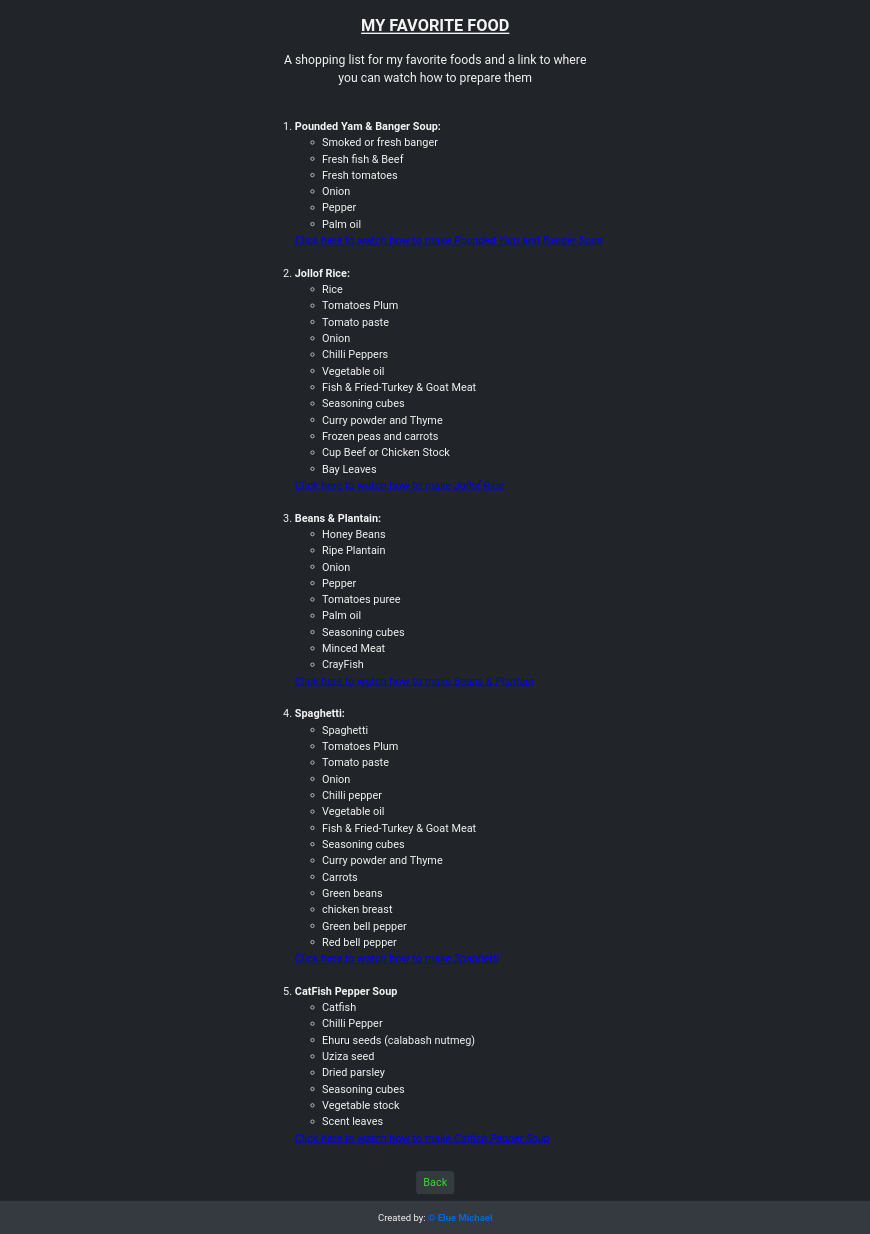
Repository: MikkyPrestige/html-website
Page: pages/food.html
An editor plug-in stored every save of this project. The page is shown before and after the next save, followed by the edit.
The browser window is 1280 px wide. The pictures show the whole page, at 68% of full size.

Above is the page before, as saved 2023-04-29 14:33:02.

### pages/food.html
<!DOCTYPE html>
<html lang="en">

<head>
  <meta charset="UTF-8">
  <meta http-equiv="X-UA-Compatible" content="IE=edge">
  <meta name="viewport" content="width=device-width, initial-scale=1.0">
  <title>Food</title>
  <link rel="stylesheet" href="../index.css">
</head>

<body>
  <main class="main">
    <section class="section">
      <div class="fav">
        <h1 class="fav-heading"><u>My favorite food</u></h1>
        <p class="fav-subheading">A shopping list for my favorite foods and a link to where you can watch how to prepare them</p>
      </div>
      <ol>
        <li><strong>Pounded Yam & Banger Soup:</strong>
          <ul>
            <li>Smoked or fresh banger</li>
            <li>Fresh fish & Beef</li>
            <li>Fresh tomatoes</li>
            <li>Onion</li>
            <li>Pepper</li>
            <li>Palm oil</li>
          </ul>
          <a href="https://www.youtube.com/watch?v=iiAYMcQz1eA" target="_blank">Click here to watch how to make
            <em>Pounded
              Yam</em>
            and <em>Banger Soup</em></a>
        </li>
        <div>&nbsp;</div>
        <li><strong>Jollof Rice:</strong>
          <ul>
            <li>Rice</li>
            <li>Tomatoes Plum</li>
            <li>Tomato paste</li>
            <li>Onion</li>
            <li>Chilli Peppers</li>
            <li>Vegetable oil</li>
            <li>Fish & Fried-Turkey & Goat Meat</li>
            <li>Seasoning cubes</li>
            <li>Curry powder and Thyme</li>
            <li>Frozen peas and carrots</li>
            <li>Cup Beef or Chicken Stock</li>
            <li>Bay Leaves</li>
          </ul>
          <a href="https://www.youtube.com/watch?v=z4tNAyRdo70" target="_blank">Click here to watch how to make
            <em>Jollof
              Rice</em></a>
        </li>
        <div>&nbsp;</div>
        <li><strong>Beans & Plantain:</strong>
          <ul>
            <li>Honey Beans</li>
            <li>Ripe Plantain</li>
            <li>Onion</li>
            <li>Pepper</li>
            <li>Tomatoes puree</li>
            <li>Palm oil</li>
            <li>Seasoning cubes</li>
            <li>Minced Meat</li>
            <li>CrayFish</li>
          </ul>
          <a href="https://www.youtube.com/watch?v=27Ioybrq1TY" target="_blank">Click here to watch how to make
            <em>Beans</em> & <em>Plantain</em></a>
        </li>
        <div>&nbsp;</div>
        <li><strong>Spaghetti:</strong>
          <ul>
            <li>Spaghetti</li>
            <li>Tomatoes Plum</li>
            <li>Tomato paste</li>
            <li>Onion</li>
            <li>Chilli pepper</li>
            <li>Vegetable oil</li>
            <li>Fish & Fried-Turkey & Goat Meat</li>
            <li>Seasoning cubes</li>
            <li>Curry powder and Thyme</li>
            <li>Carrots</li>
            <li>Green beans</li>
            <li>chicken breast</li>
            <li>Green bell pepper</li>
            <li>Red bell pepper</li>
          </ul>
          <a href="https://www.youtube.com/watch?v=PoNZSSqjRvo" target="_blank">Click here to watch how to make
            <em>Spaghetti</em></a>
        </li>
        <div>&nbsp;</div>
        <li><strong>CatFish Pepper Soup</strong>
          <ul>
            <li>Catfish</li>
            <li>Chilli Pepper</li>
            <li>Ehuru seeds (calabash nutmeg)</li>
            <li>Uziza seed</li>
            <li>Dried parsley</li>
            <li>Seasoning cubes</li>
            <li>Vegetable stock</li>
            <li>Scent leaves</li>
          </ul>
          <a href="https://www.youtube.com/watch?v=PV-L4kaWrAI" target="_blank">Click here to watch how to make
            <em>Catfish
              Pepper Soup</em></a>
        </li>
      </ol>
      <div class="back">
        <a href="../index.html" class="back-link">Back</a>
      </div>
    </section>
    <footer class="footer">
      <p class="footer-text">Created by: <a href="#" target="_blank" class="footer-link">
          &copy; <strong>Elue Michael</strong>
        </a>
      </p>
    </footer>
  </main>
</body>

</html>

### index.css
body {
  background-color: #212529;
  font-family: 'Roboto', sans-serif;
  font-size: 16px;
  font-weight: 400;
  line-height: 1.5;
  color: #f3f3f3;
  text-align: left;
  margin: 0;
  padding: 0;
  width: 100%;
  height: 100vh;
}

.main {
  display: flex;
  flex-direction: column;
  justify-content: space-between;
  align-items: center;
  height: 100%;
}

.section {
  display: flex;
  flex-direction: column;
  justify-content: center;
  align-items: center;
  width: 100%;
}

.btn {
  background-color: #007bff;
  padding: 5px;
  border-radius: 5px;
  transition: all .15s ease-in-out;
  border: none;
  outline: none;
  margin: -20px 0 50px 0;
}

.btn:hover {
  background-color: #0069d9;
}

.btn-link {
  color: #f3f3f3;
  font-size: 14px;
  text-decoration: none;
  cursor: pointer;
}

.section1 {
  display: flex;
  flex-direction: column;
  justify-content: center;
  align-items: center;
}

.section1-header {
  font-size: 24px;
  font-weight: 700;
  margin-bottom: 5px;
  text-transform: uppercase;
}

.section1-content {
  display: flex;
  justify-content: space-around;
  align-items: center;
  width: 100%;
}

.section1-text {
  font-size: 18px;
  font-weight: 400;
}

.section1-link,
.section1-link:link,
.section1-link:visited {
  color: #0069d9;
  text-decoration: none;
  cursor: pointer;
}

.section1-link:hover {
  text-decoration: underline;
  color: #f3f3f3;
}

/* BOOKS CSS */
.fav {
  display: flex;
  flex-direction: column;
  justify-content: center;
  align-items: center;
}

.fav-heading {
  font-size: 24px;
  font-weight: 700;
  margin-bottom: 0px;
  text-transform: uppercase;
}

.fav-subheading {
  font-size: 18px;
  font-weight: 400;
  margin-bottom: 30px;
  width: 65%;
  text-align: center;
}

.books-lists {
  display: flex;
  flex-direction: column;
  justify-content: center;
  align-items: center;
  gap: 20px;
  list-style: none;
}

.books-item {
  width: 100%;
  max-width: 500px;
  padding: 13px;
  border-radius: 5px;
  background-color: #343a40;
}

.books-item:hover {
  background-color: #212529;
}

.books-link,
.books-link:link,
.books-link:visited {
  color: #f3f3f3;
  text-decoration: none;
  cursor: pointer;
}

.books-link:hover {
  text-decoration: underline;
}

.lists {
  display: flex;
  flex-direction: column;
  justify-content: center;
  gap: 20px;
  list-style: none;
}

.movie-list {
  display: flex;
  justify-content: space-between;
  align-items: center;
  width: 100%;
  max-width: 500px;
  padding: 13px;
  border-radius: 5px;
  background-color: #343a40;
}

.movie-list:hover {
  background-color: #212529;
}

.list--lists {
  display: flex;
  flex-direction: column;
  justify-content: center;
  gap: 5px;
}

.movie-link,
.movie-link:link,
.movie-link:visited {
  color: #f3f3f3;
  text-decoration: none;
  cursor: pointer;
}

.movie-link:hover {
  text-decoration: underline;
}

.game-lists {
  display: flex;
  flex-direction: column;
  justify-content: center;
  gap: 20px;
  list-style: none;
}

.game-list {
  display: flex;
  justify-content: space-between;
  align-items: center;
  width: 100%;
  max-width: 500px;
  padding: 13px;
  border-radius: 5px;
  background-color: #343a40;
}

.game-list:hover {
  background-color: #212529;
}

.game-link,
.game-link:link,
.game-link:visited {
  color: #f3f3f3;
  text-decoration: none;
  cursor: pointer;
}

.game-link:hover {
  text-decoration: underline;
}

.place-list {
  display: flex;
  flex-direction: column;
  justify-content: center;
  align-items: center;
  width: 100%;
  max-width: 500px;
  padding: 13px;
  border-radius: 5px;
  background-color: #343a40;
}

.place-list:hover {
  background-color: #212529;
}

.place-lists {
  display: flex;
  flex-direction: column;
  justify-content: center;
  gap: 5px;
}

.place-link,
.place-link:link,
.place-link:visited {
  color: #0069d9;
  text-decoration: none;
  cursor: pointer;
}

.place-link:hover {
  text-decoration: underline;
  color: #f3f3f3;
}


.back {
  margin: 20px 0 10px 0;
  padding: 5px 10px;
  border-radius: 5px;
  background-color: #343a40;
}

.back:hover {
  background-color: #212529;
}

.back-link,
.back-link:link,
.back-link:visited {
  color: #3dd638;
  text-decoration: none;
  cursor: pointer;
}

.back-link:hover {
  text-decoration: underline;
}

.footer {
  display: flex;
  justify-content: center;
  align-items: center;
  width: 100%;
  height: 50px;
  background-color: #343a40;
}

.footer-text {
  font-size: 14px;
  font-weight: 400;
  color: #f3f3f3;
}

.footer-link,
.footer-link:link,
.footer-link:visited {
  color: #0069d9;
  text-decoration: none;
  cursor: pointer;
}

After the next save:
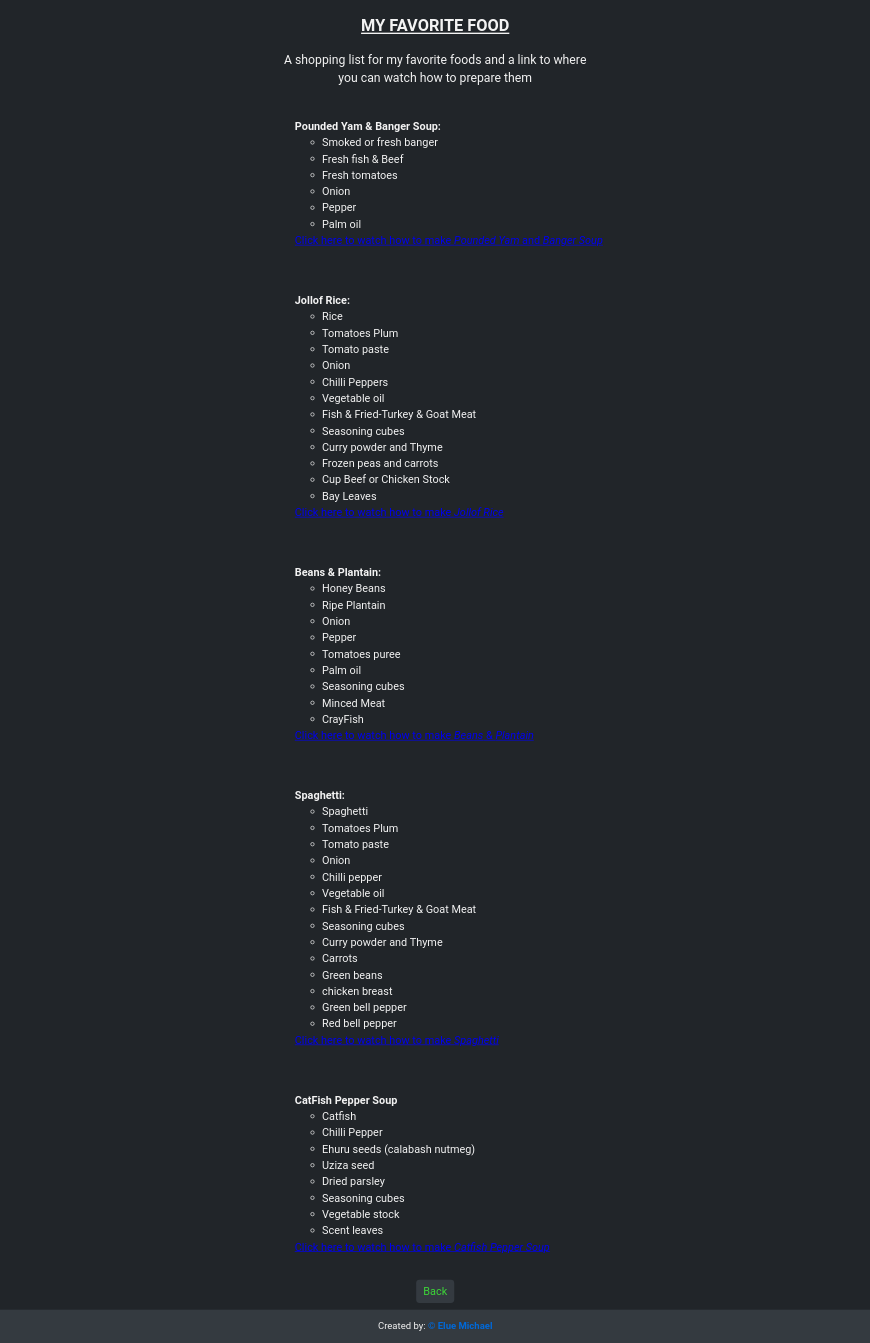
Saved 29 s later.
--- a/pages/food.html
+++ b/pages/food.html
@@ -16,7 +16,7 @@
         <h1 class="fav-heading"><u>My favorite food</u></h1>
         <p class="fav-subheading">A shopping list for my favorite foods and a link to where you can watch how to prepare them</p>
       </div>
-      <ol>
+      <ol class="lists">
         <li><strong>Pounded Yam & Banger Soup:</strong>
           <ul>
             <li>Smoked or fresh banger</li>
